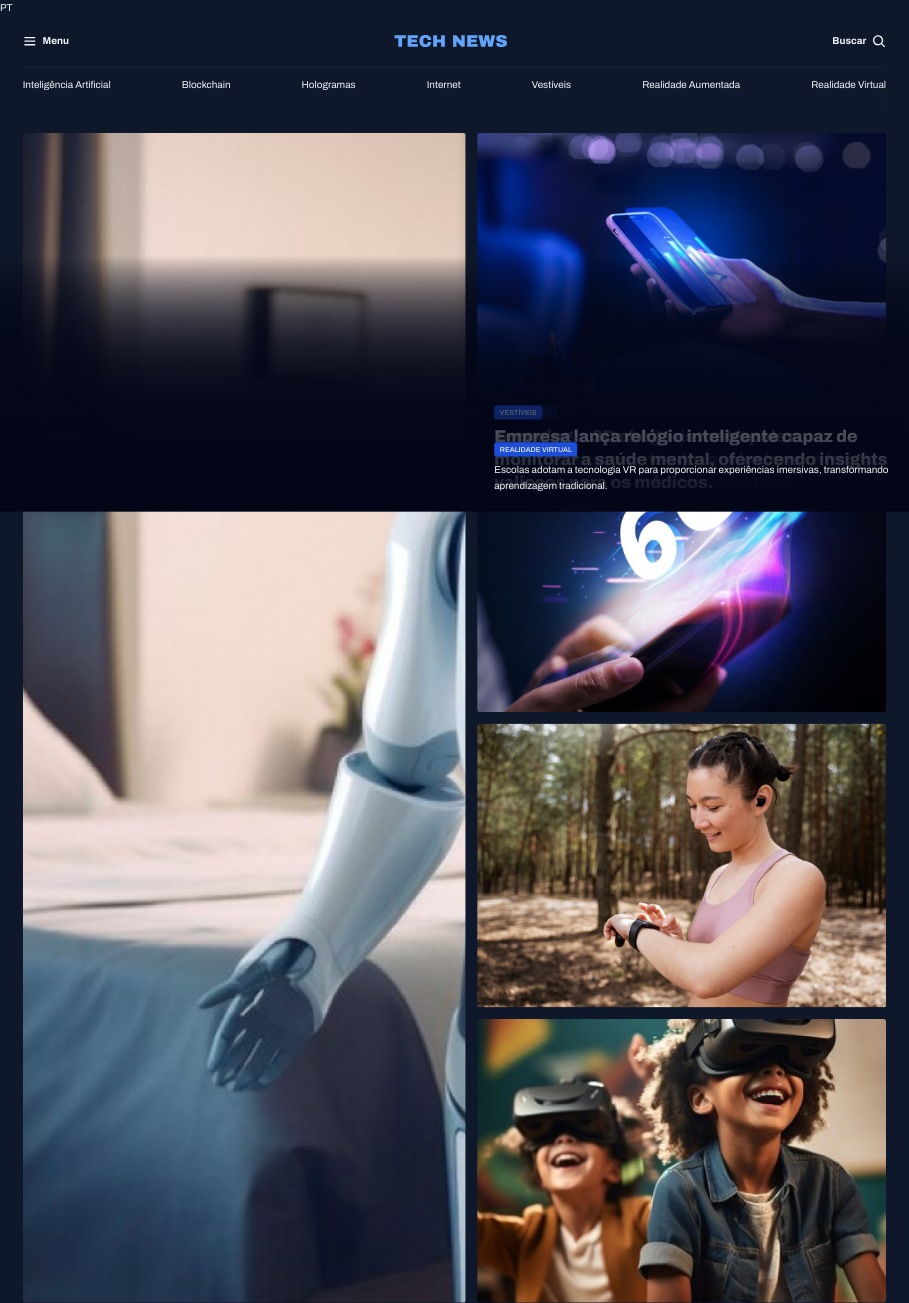
Repository: JeffRodFer/portalDeNoticias
Page: index.html
These files come from the project's save history. The page is drawn as it stood at one moment and after the next save; the edit follows.
The browser window is 1280 px wide. The pictures show the whole page, at 71% of full size.

Above is the page before, as saved 2025-04-15 22:11:27.

### index.html
PT<!DOCTYPE html>
<html lang="pt-BR">
  <head>
    <link rel="preconnect" href="https://fonts.googleapis.com">
  <link rel="preconnect" href="https://fonts.gstatic.com" crossorigin>
  <meta charset="UTF-8">
  <meta name="viewport" content="width=device-width, initial-scale=1.0">
  <title>Portal de Notícias</title>
  <link rel="stylesheet" href="styles/index.css">

  <link href="https://fonts.googleapis.com/css2?family=Archivo:ital,wght@0,100..900;1,100..900&family=Bree+Serif&family=Poppins:wght@400;700&display=swap" rel="stylesheet">

</head>
<body>
  <header class="container">
    <nav id="primary" class="grid grid-flow-col">
      <div>
        <img src="assets/icons/List.svg" alt="ícone de menu">
        <strong>Menu</strong>
      </div>
        <div>
          <img src="assets/Logo (1).svg" alt="TechNews logo">
        </div>
        <div>
          <strong>Buscar</strong>
          <img src="assets/icons/MagnifyingGlass.svg" alt="ícone de lupa para pesquisa">
        </div>
    </nav>
    <nav id="secondary" class="grid grid-flow-col">
      <a href="#">Inteligência Artificial</a>
      <a href="#">Blockchain</a>
      <a href="#">Hologramas</a>
      <a href="#">Internet</a>
      <a href="#">Vestíveis</a>
      <a href="#">Realidade Aumentada</a>
      <a href="#">Realidade Virtual</a>
    </nav>
  </header>
  <main class="grid container">
    <section id="featured" class="grid grid-flow-col gap-16">
      <figure class="card">
        <img src="assets/images/Image 01.png" alt="">

        <figcaption>
          <span class="content-tag">robótica</span>
          <h2 class="text-2xl">
            Robos domésticos começam a ser adotados para tarefas diárias, <br> prometendo mais conforto e efici~encia nas residências.
          </h2>
        </figcaption>
      </figure>
      <div class="grid grid cols-2 gap-16">
        <figure class="card">
          <img src="assets/images/Image 02.png" alt="Novo Smartphone Projetor 3D chega ao mercado, transformando a forma como vemos as nossas telas!">

          <figcaption>
            <span class="content-tag">Hologramas</span>
            <h2 class="text-2xl">
              Novo Smartphone Projetor 3D chega ao mercado, transformando a forma como vemos as nossas telas!
            </h2>
          </figcaption>
        </figure>
        <figure class="card">
          <img src="assets/images/Image 03.png" alt="Tecnologia 3D chega as metropoles brasileiras, prometendo revolucionar a forma como vivemos e nos comunicamos.">

          <figcaption>
            <span class="content-tag">Internet</span>
            <h2 class="text-2xl">
            Tecnologia 3D chega as metropoles brasileiras, prometendo revolucionar a forma como vivemos e nos comunicamos.
            </h2>
          </figcaption>
      </figure>
        <figure class="card">
          <img src="assets/images/Image 04.png" alt="Empresa lança relógio inteligente capaz de monitorar a saúde mental, oferecendo insights valiosos para os médicos.">

          <figcaption>
            <span class="content-tag">Vestíveis</span>
            <h2 class="text-2xl">
            Empresa lança relógio inteligente capaz de monitorar a saúde mental, oferecendo insights valiosos para os médicos.
            </h2>
          </figcaption>
        </figure>
        <figure class="card">
          <img src="assets/images/Image 05.png" alt=" Escolas adotam a tecnologia VR para proporcionar experiências imersivas, transformando aprendizagem tradicional.">

          <figcaption>
            <span class="content-tag">Realidade Virtual</span>
            <h2 class="text-lg"></h2>
             Escolas adotam a tecnologia VR para proporcionar experiências imersivas, transformando aprendizagem tradicional.
            </h2>
          </figcaption>
        </figure>
      </div>
    </section>
  </main>
</body>
</html>

### styles/global.css
* {
  margin: 0;
  padding: 0;
  box-sizing: border-box;
}

:root {
  --brand-color-light: #60a5fa ;
  --brand-color-dark: #1d4ed8;
  --bg-color: #0f172a;
  --stroke-color: #1e293b;
  --text-color-primary: #f1f5f9;
  --text-color-secondary: #cbd5e1;

  --font-family: 'Archivo', sans-serif;
  --h1: 800 24px/135% var(--font-family);
  --h2: 800 16px/140% var(--font-family);
  --h3: 800 14px/140% var(--font-family);
  --text-span: 400 16px/140% var(--font-family);
  --text: 400 14px/160% var(--font-family);

}

body {
  font: var(--text);
  color: var(--text-color-primary);
  background-color: var(--bg-color);
}

a {
  text-decoration: none;
  color: inherit;
}

a:hover {
  color: var(--brand-color-light);
}

h1,h2,h3 {
  font:inherit;
}

img {
  max-width: 100%;
}

.container {
  max-width: 1280px;
  padding-inline: 32px;
  margin-inline: auto;
}
main {
  margin-top: 40px ;
}
.content-tag {
  display: inline-block;
  background-color: var(--brand-color-dark);
  padding: 4px 8px;
  border-radius: 4px;
  font: 500 10px/1.2 var(--font-family);
  text-transform: uppercase;
  color: var(--text-color-primary);
  box-shadow: 0px 4px 16px rgba(2, 3, 23, 0.251);
}

### styles/utility.css
/* utility-first */
.grid {
  display: grid;
}
.grid-flow-col {
  grid-auto-flow: column;
}

.grid-cols-2 {
  grid-template-columns: 1fr 1fr;
}

.gap-16 {
  gap: 16px;
}

.text-2xl {
  font: var(--h1);
}
.text-2x {
  font: var(--h2);
}
.text-lg {
  font: var(--h3);
}
.text-sm {
  font: var(--text-sm);
}

### styles/header.css
#primary {
  padding-block: 20px;

  div {
    display: flex;
    align-items: center;
    gap: 8px;
  }

  /* nesting css */
  div:nth-child(2) {
    margin-inline: auto;
}
div:nth-child(3) {
  justify-self: end;
}
}
#secondary {
  padding-block: 14px;
  border: solid 1px var(--stroke-color);
  border-inline: none;
  justify-content: space-between;
}

### styles/sections.css
#featured {
  img {
    height: 100%;
    object-fit: cover;
    border-radius: 4px;
  }
.card {
  border-radius: 4px;
  overflow: hidden;
  object-fit: relative;

  &::before {
   content: "";
   position: absolute;
   inset: 0;
   top: 50%;
   background: linear-gradient(
    180deg,
    transparent 0%,
    #020617 100%
   );
  }
  figcaption {
    position: absolute;
    bottom: 0;

    padding: 24px;

    h2 {
      margin-top: 8px;
    }
  }
}
}

Loaded but not shown: styles/index.css (common file)

After the next save:
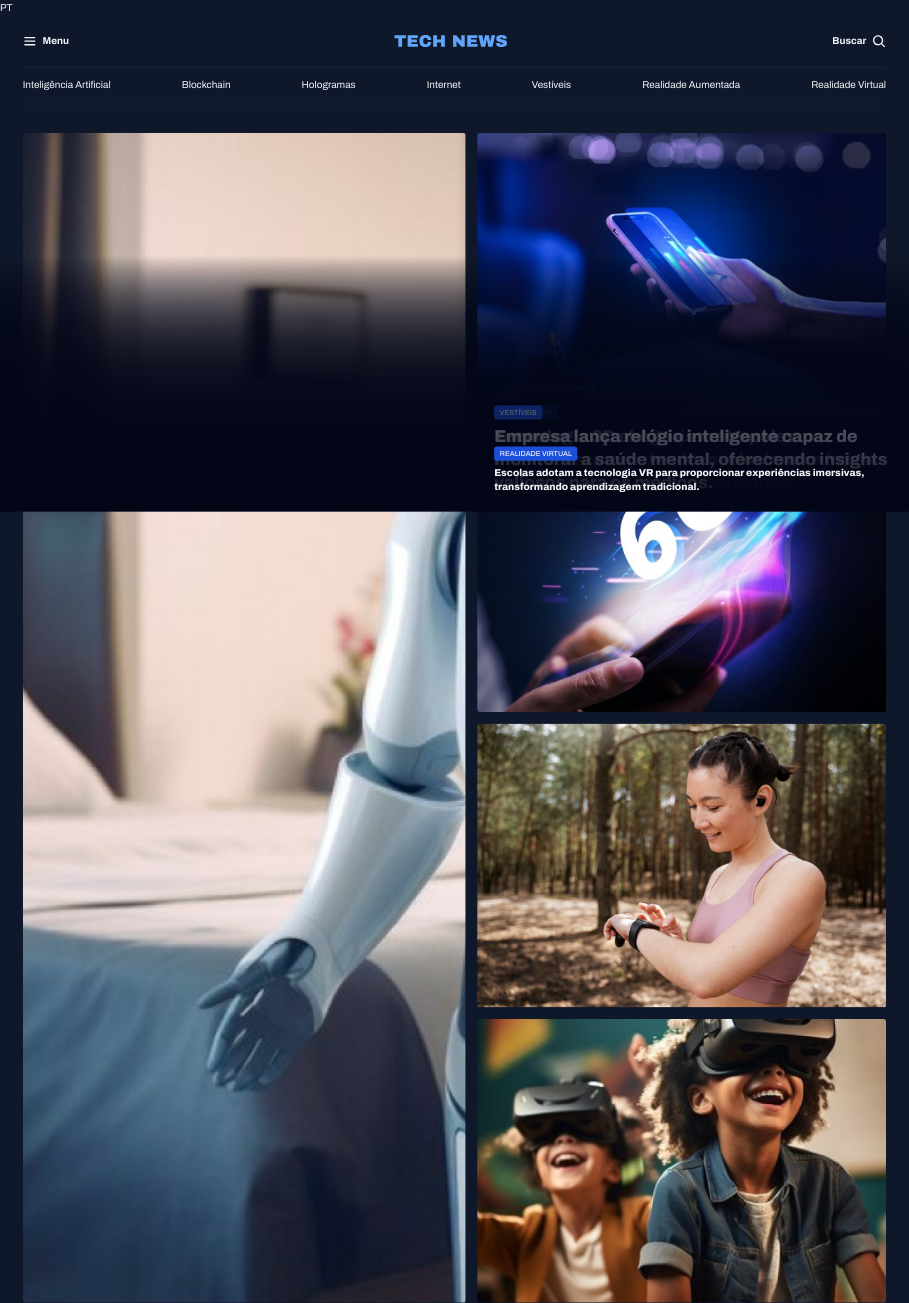
Saved 5 s later.
--- a/index.html
+++ b/index.html
@@ -84,7 +84,7 @@ PT<!DOCTYPE html>
 
           <figcaption>
             <span class="content-tag">Realidade Virtual</span>
-            <h2 class="text-lg"></h2>
+            <h2 class="text-lg">
              Escolas adotam a tecnologia VR para proporcionar experiências imersivas, transformando aprendizagem tradicional.
             </h2>
           </figcaption>
